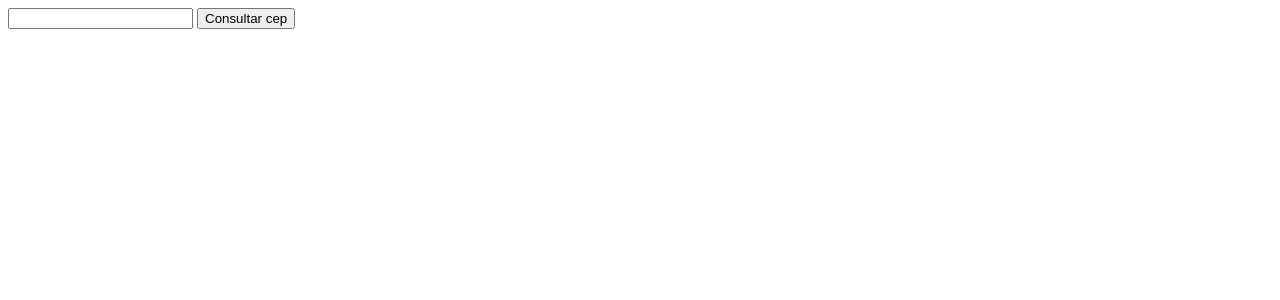
Repository: DaniloBaracho/jquery
Page: index.html
The author's editor kept a copy of each file at every save. The page is drawn from the files as they stood at one save, then again after the next save.
The browser window is 1280 px wide. The pictures show the whole page.

Above is the page before, as saved 2020-06-18 18:33:29.

### index.html
<!DOCTYPE html>
<html lang="pt-br">
    <head>
        <meta charset="utf-8"/>
        <title>
            Página AJAX
        </title>
        <script type="text/javascript" src="js/jquery-3.5.1.min.js"></script>
        <script type="text/javascript" src="js/main.js"></script>
    </head>
    <body>
        <input id="cep">
        <button type="button" onclick="ConsultaCep()">Consultar cep</button>
        <p id="logradouro"></p>
        <p id="bairro"></p>
        <p id="uf"></p>
        <p id="localidade"></p>
    </body>
</html>

### js/main.js
//alert("funcionou");
function ConsultaCep(){
    var cep= document.getElementById("cep").value
    $.ajax({
        url:"https://viacep.com.br/ws/"+cep+"/json/",
        type: GET,
        success: function(response){
            console.log(response);
            //alert(response.logradouro);
            $("#logradouro").html(response.logradouro);
            //document.getElementById("logradouro").innerHTML = response.logradouro;
            document.getElementById("bairro").innerHTML = response.bairro;
            document.getElementById("uf").innerHTML = response.uf;
            document.getElementById("localidade").innerHTML = response.localidade;
        }
    })
}

Loaded but not shown: js/jquery-3.5.1.min.js (library); bootstrap/css/bootstrap.min.css (library)

After the next save:
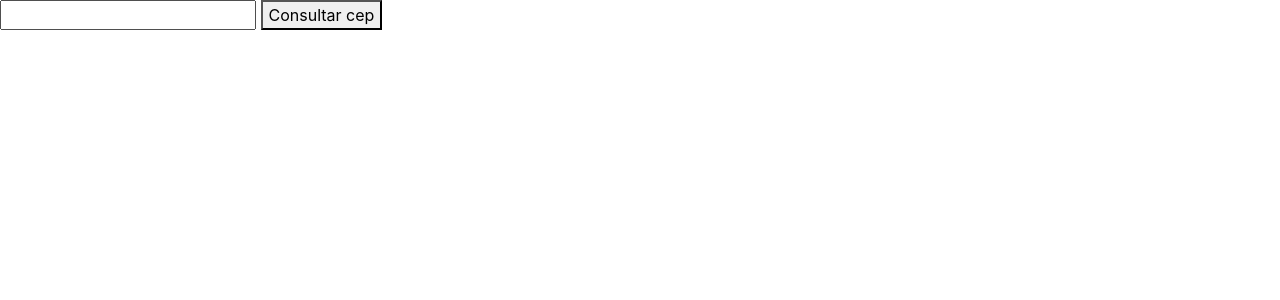
Saved 23 h 5 min later.
--- a/index.html
+++ b/index.html
@@ -7,6 +7,7 @@
         </title>
         <script type="text/javascript" src="js/jquery-3.5.1.min.js"></script>
         <script type="text/javascript" src="js/main.js"></script>
+        <link rel="stylesheet" type="text/css" href="bootstrap/css/bootstrap.min.css">
     </head>
     <body>
         <input id="cep">
